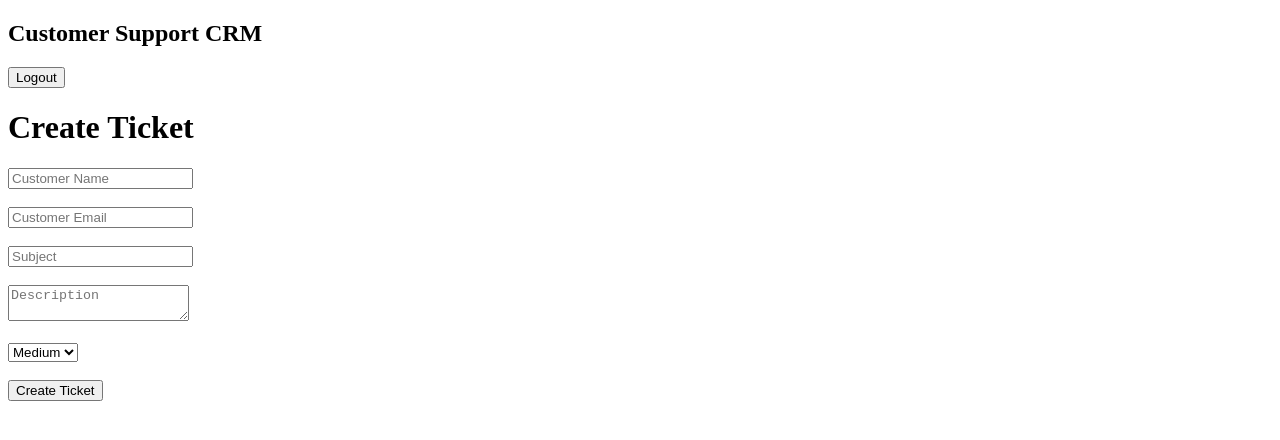
Repository: DeveshPatill/customer-support-crm-application
Page: /tickets/new (app in client/client/)
An editor plug-in stored every save of this project. The page is shown before and after the next save, followed by the edit.
The browser window is 1280 px wide. The pictures show the whole page.
The project was rebuilt for these pictures with package versions that can differ from the ones it lists, and the page was loaded fresh each time. Also part of the build but not shown: client/client/vite.config.js, client/client/src/pages/Login.jsx, client/client/src/pages/Dashboard.jsx, client/client/src/pages/Tickets.jsx, client/client/src/pages/TicketDetails.jsx, client/client/src/pages/Register.jsx.

Above is the page before, as saved 2026-07-16 19:37:33.

### client/client/index.html
<!doctype html>
<html lang="en">
  <head>
    <meta charset="UTF-8" />
    <link rel="icon" type="image/svg+xml" href="/favicon.svg" />
    <meta name="viewport" content="width=device-width, initial-scale=1.0" />
    <title>client</title>
  </head>
  <body>
    <div id="root"></div>
    <script type="module" src="/src/main.jsx"></script>
  </body>
</html>

### client/client/src/App.jsx
import { BrowserRouter, Routes, Route } from "react-router-dom";

import Login from "./pages/Login";
import Dashboard from "./pages/Dashboard";
import Navbar from "./components/Navbar";
import Tickets from "./pages/Tickets";
import CreateTicket from "./pages/CreateTicket";
import TicketDetails from "./pages/TicketDetails";
import { Toaster } from "react-hot-toast";
import toast from "react-hot-toast";
toast.success("Success");
toast.error("Error");
import Register from "./pages/Register";

function App() {
  return (
    <BrowserRouter>
     <Toaster position="top-right" />
      <Navbar />

      <Routes>
        <Route path="/" element={<Login />} />
        <Route path="/register" element={<Register />} />
        <Route path="/dashboard" element={<Dashboard />} />
        <Route path="/tickets" element={<Tickets />} />
        <Route path="/tickets/new" element={<CreateTicket />} />
        <Route path="/tickets/:id" element={<TicketDetails />} />

      </Routes>
    </BrowserRouter>
  );
}

export default App;

### client/client/src/components/Navbar.jsx
import { useNavigate } from "react-router-dom";

function Navbar() {
    const navigate = useNavigate();

    const handleLogout = () => {
        localStorage.removeItem("token");
        localStorage.removeItem("user");

        navigate("/login");
    };

    return (
        <nav>
            <h2>Customer Support CRM</h2>

            <button onClick={handleLogout}>
                Logout
            </button>
        </nav>
    );
}

export default Navbar;

### client/client/src/pages/CreateTicket.jsx
import { useState } from "react";
import api from "../services/api";
import toast from "react-hot-toast";

const CreateTicket = () => {
  const [formData, setFormData] = useState({
    customerName: "",
    customerEmail: "",
    subject: "",
    description: "",
    priority: "Medium",
  });

  const handleChange = (e) => {
    setFormData({
      ...formData,
      [e.target.name]: e.target.value,
    });
  };

  const handleSubmit = async (e) => {
    e.preventDefault();

    try {
      const response = await api.post("/tickets", formData);

      toast.success(response.data.message);

      setFormData({
        customerName: "",
        customerEmail: "",
        subject: "",
        description: "",
        priority: "Medium",
      });
    } catch (error) {
      toast.error(
        error.response?.data?.message || "Failed to create ticket"
      );
    }
  };

  return (
    <div>
      <h1>Create Ticket</h1>

      <form onSubmit={handleSubmit}>
        <input
          type="text"
          name="customerName"
          placeholder="Customer Name"
          value={formData.customerName}
          onChange={handleChange}
        />

        <br /><br />

        <input
          type="email"
          name="customerEmail"
          placeholder="Customer Email"
          value={formData.customerEmail}
          onChange={handleChange}
        />

        <br /><br />

        <input
          type="text"
          name="subject"
          placeholder="Subject"
          value={formData.subject}
          onChange={handleChange}
        />

        <br /><br />

        <textarea
          name="description"
          placeholder="Description"
          value={formData.description}
          onChange={handleChange}
        />

        <br /><br />

        <select
          name="priority"
          value={formData.priority}
          onChange={handleChange}
        >
          <option value="Low">Low</option>
          <option value="Medium">Medium</option>
          <option value="High">High</option>
        </select>

        <br /><br />

        <button type="submit">Create Ticket</button>
      </form>
    </div>
  );
};

export default CreateTicket;

### client/client/src/services/api.js
import axios from "axios";

const api = axios.create({
    baseURL: "http://localhost:5000/api"
});

api.interceptors.request.use((config) => {
    const token = localStorage.getItem("token");

    if (token) {
        config.headers.Authorization = `Bearer ${token}`;
    }

    return config;
});

export default api;

Loaded but not shown: client/client/src/main.jsx (common file)

After the next save:
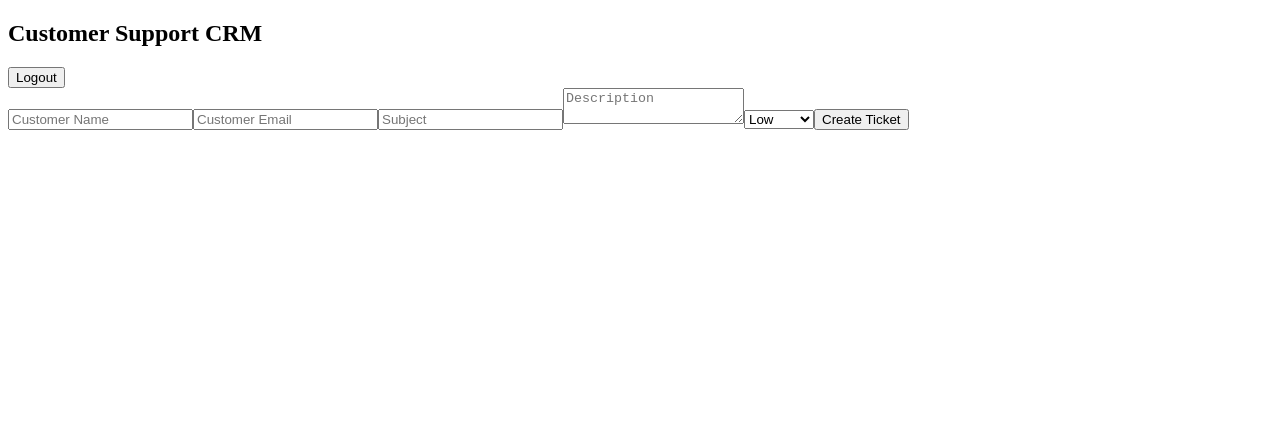
Saved 2 min 1 s later.
--- a/client/client/src/pages/CreateTicket.jsx
+++ b/client/client/src/pages/CreateTicket.jsx
@@ -1,105 +1,80 @@
 import { useState } from "react";
+import { useNavigate } from "react-router-dom";
 import api from "../services/api";
-import toast from "react-hot-toast";
 
-const CreateTicket = () => {
-  const [formData, setFormData] = useState({
-    customerName: "",
-    customerEmail: "",
-    subject: "",
-    description: "",
-    priority: "Medium",
-  });
+function CreateTicket() {
+    const navigate = useNavigate();
 
-  const handleChange = (e) => {
-    setFormData({
-      ...formData,
-      [e.target.name]: e.target.value,
-    });
-  };
-
-  const handleSubmit = async (e) => {
-    e.preventDefault();
-
-    try {
-      const response = await api.post("/tickets", formData);
-
-      toast.success(response.data.message);
-
-      setFormData({
+    const [formData, setFormData] = useState({
         customerName: "",
         customerEmail: "",
         subject: "",
         description: "",
-        priority: "Medium",
-      });
-    } catch (error) {
-      toast.error(
-        error.response?.data?.message || "Failed to create ticket"
-      );
-    }
-  };
+        priority: "Medium"
+    });
 
-  return (
-    <div>
-      <h1>Create Ticket</h1>
+    const handleChange = (e) => {
+        setFormData({
+            ...formData,
+            [e.target.name]: e.target.value
+        });
+    };
 
-      <form onSubmit={handleSubmit}>
-        <input
-          type="text"
-          name="customerName"
-          placeholder="Customer Name"
-          value={formData.customerName}
-          onChange={handleChange}
-        />
+    const handleSubmit = async (e) => {
+        e.preventDefault();
 
-        <br /><br />
+        try {
+            await api.post("/tickets", formData);
 
-        <input
-          type="email"
-          name="customerEmail"
-          placeholder="Customer Email"
-          value={formData.customerEmail}
-          onChange={handleChange}
-        />
+            alert("Ticket created successfully");
 
-        <br /><br />
+            navigate("/tickets");
 
-        <input
-          type="text"
-          name="subject"
-          placeholder="Subject"
-          value={formData.subject}
-          onChange={handleChange}
-        />
+        } catch (error) {
+            console.log(error.response?.data);
+        }
+    };
 
-        <br /><br />
+    return (
+        <form onSubmit={handleSubmit}>
+            <input
+                name="customerName"
+                placeholder="Customer Name"
+                onChange={handleChange}
+            />
 
-        <textarea
-          name="description"
-          placeholder="Description"
-          value={formData.description}
-          onChange={handleChange}
-        />
+            <input
+                name="customerEmail"
+                placeholder="Customer Email"
+                onChange={handleChange}
+            />
 
-        <br /><br />
+            <input
+                name="subject"
+                placeholder="Subject"
+                onChange={handleChange}
+            />
 
-        <select
-          name="priority"
-          value={formData.priority}
-          onChange={handleChange}
-        >
-          <option value="Low">Low</option>
-          <option value="Medium">Medium</option>
-          <option value="High">High</option>
-        </select>
+            <textarea
+                name="description"
+                placeholder="Description"
+                onChange={handleChange}
+            />
 
-        <br /><br />
+            <select
+                name="priority"
+                onChange={handleChange}
+            >
+                <option>Low</option>
+                <option>Medium</option>
+                <option>High</option>
+            </select>
 
-        <button type="submit">Create Ticket</button>
-      </form>
-    </div>
-  );
-};
+            <button type="submit">
+                Create Ticket
+            </button>
+        </form>
+    );
+}
 
 export default CreateTicket;
